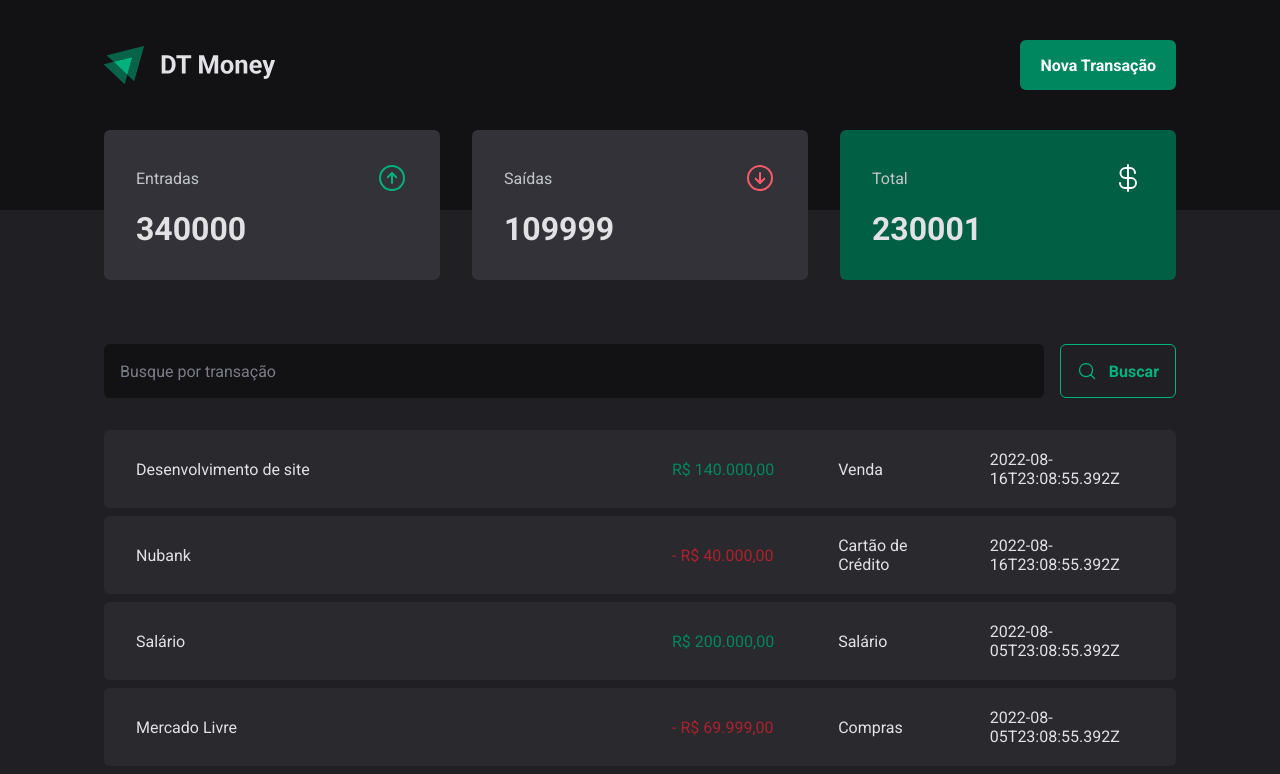
Repository: guilhermecardoso93/dtmoney-reactjs-ignite
Page: /
An editor plug-in stored every save of this project. The page is shown before and after the next save, followed by the edit.
The browser window is 1280 px wide. The pictures show the whole page.
The project was rebuilt for these pictures with package versions that can differ from the ones it lists, and the page was loaded fresh each time. Requests to the local data server were answered from the project's data file. Also part of the build but not shown: vite.config.ts.

Above is the page before, as saved 2022-08-16 21:15:34.

### index.html
<!DOCTYPE html>
<html lang="pt-BR">
  <head>
    <meta charset="UTF-8" />
    <link rel="icon" type="image/svg+xml" href="/vite.svg" />
    <link rel="preconnect" href="https://fonts.googleapis.com" />
    <link rel="preconnect" href="https://fonts.gstatic.com" crossorigin />
    <link
      href="https://fonts.googleapis.com/css2?family=Fredoka+One&family=Roboto:wght@300;400;500;700&display=swap"
      rel="stylesheet"
    />
    <meta name="viewport" content="width=device-width, initial-scale=1.0" />
    <title>Dt Money 2022</title>
  </head>
  <body>
    <div id="root"></div>
    <script type="module" src="/src/main.tsx"></script>
  </body>
</html>

### src/App.tsx
import { ThemeProvider } from "styled-components";
import { Header } from "./components/Header";
import { Summary } from "./components/Summary";
import { TransactionsProvider } from "./contexts/TransactionsContext";
import { Transactions } from "./pages/Transactions";
import { GlobalStyle } from "./styles/global";
import { defaultTheme } from "./styles/themes/default";

export function App() {
  return (
    <TransactionsProvider>
      <ThemeProvider theme={defaultTheme}>
        <GlobalStyle />
        <Header />
        <Summary />
        <Transactions />
      </ThemeProvider>
    </TransactionsProvider>
  );
}

### src/components/Header/index.tsx
import * as Dialog from "@radix-ui/react-dialog";

import { HeaderContainer, HeaderContent, NewTransactionButton } from "./styles";
import LogoImg from "../../assets/logo.svg";
import { NewTransactionModal } from "../NewTransactionModal";

export function Header() {
  return (
    <HeaderContainer>
      <HeaderContent>
        <img src={LogoImg} alt="" />

        <Dialog.Root>
          <Dialog.Trigger asChild>
            <NewTransactionButton>Nova Transação</NewTransactionButton>
          </Dialog.Trigger>
          <NewTransactionModal/>
        </Dialog.Root>
      </HeaderContent>
    </HeaderContainer>
  );
}

### src/components/Summary/index.tsx
import { ArrowCircleDown, ArrowCircleUp, CurrencyDollar } from "phosphor-react";
import { useContext } from "react";
import { TransactionsContext } from "../../contexts/TransactionsContext";
import { SummaryCard, SummaryContainer } from "./styles";

export function Summary() {
  const { transactions } = useContext(TransactionsContext);

  const summary = transactions.reduce(
    (acc, transaction) => {
      if (transaction.type === "income") {
        acc.income += transaction.price;
        acc.total += transaction.price;
      } else {
        acc.outcome += transaction.price;
        acc.total -= transaction.price;
      }
      return acc;
    },
    {
      income: 0,
      outcome: 0,
      total: 0,
    }
  );

  return (
    <SummaryContainer>
      <SummaryCard>
        <header>
          <span>Entradas</span>
          <ArrowCircleUp size={32} color="#00b37e" />
        </header>
        <strong>{summary.income}</strong>
      </SummaryCard>
      <SummaryCard>
        <header>
          <span>Saídas</span>
          <ArrowCircleDown size={32} color="#f75a68" />
        </header>
        <strong> {summary.outcome}</strong>
      </SummaryCard>
      <SummaryCard variant="green">
        <header>
          <span>Total</span>
          <CurrencyDollar size={32} color="#fff" />
        </header>
        <strong>{summary.total}</strong>
      </SummaryCard>
    </SummaryContainer>
  );
}

### src/contexts/TransactionsContext.tsx
import { Children, createContext, ReactNode, useEffect, useState } from "react";

interface Transaction {
  id: number;
  description: string;
  type: "income" | "outcome";
  price: number;
  category: string;
  createdAt: string;
}

interface TransactionContextType {
  transactions: Transaction[];
}

interface TransactionProviderProps {
  children: ReactNode;
}

export const TransactionsContext = createContext({} as TransactionContextType);

export function TransactionsProvider({ children }: TransactionProviderProps) {
  const [transactions, setTransactions] = useState<Transaction[]>([]);

  async function loadTransactions() {
    const response = await fetch("http://localhost:3000/transactions");
    const data = await response.json();
    console.log(data);

    setTransactions(data);
  }
  useEffect(() => {
    loadTransactions();
  }, []);

  return (
    <TransactionsContext.Provider value={{ transactions }}>
      {children}
    </TransactionsContext.Provider>
  );
}

### src/pages/Transactions/index.tsx
import { useContext } from "react";
import { TransactionsContext } from "../../contexts/TransactionsContext";
import { priceFormatter } from "../../utils/formatter";
import { SearchForm } from "./components/SearchForm";
import {
  PriceHighLight,
  TransactionContainer,
  TransactionTable,
} from "./styles";

interface Transaction {

}

export function Transactions() {
 const { transactions } = useContext(TransactionsContext)

    return (
      <>
        <TransactionContainer>
          <SearchForm />
          <TransactionTable>
            <tbody>
              {transactions.map((transaction) => {
                return (
                  <tr key={transaction.id}>
                    <td width="50%">{transaction.description}</td>
                    <td>
                      <PriceHighLight variant={transaction.type}>
                        {transaction.type === 'outcome' && "- "}
                        {priceFormatter.format(transaction.price)}
                      </PriceHighLight>
                    </td>
                    <td>{transaction.category}</td>
                    <td>{transaction.createdAt}</td>
                  </tr>
                );
              })}
            </tbody>
          </TransactionTable>
        </TransactionContainer>
      </>
    );
  }

### src/styles/global.ts
import { createGlobalStyle } from "styled-components";

export const GlobalStyle = createGlobalStyle`
* {
  margin: 0;
  padding: 0;
  box-sizing: border-box;
}

:focus {
  outline: 0;
  box-shadow:0 0 0 2ox ${(props) => props.theme["green-500"]} ;
}

body {
  background-color: ${(props) => props.theme["gray-800"]};
  color:${(props) => props.theme["gray-100"]}
}

body, input, text-area, button {
  font:400 1rem 'Roboto' ;
}
`;

### src/components/Header/styles.ts
import styled from "styled-components";
import * as Dialog from "@radix-ui/react-dialog";


export const HeaderContainer = styled.header`
background-color: ${(props) => props.theme["gray-900"]};
padding: 2.5rem 0 7.5rem;
`;

export const HeaderContent = styled.div`
  width: 100%;
  max-width: 1120px;
  margin: 0 auto;
  padding: 0 1.5rem;

  display: flex;
  justify-content: space-between;
  align-items: center;
`;

export const NewTransactionButton = styled.button`
  height: 50px;
  border: 0;
  background-color: ${(props) => props.theme["green-500"]};
  color:${(props) => props.theme.white};
  font-weight:bold;
  padding: 0 1.25rem;
  border-radius: 6px;
  cursor: pointer;
  transition: background-color 0.2s;

  &:hover {
    background-color: ${(props) => props.theme["green-700"]};
  }
`;

### src/components/NewTransactionModal/index.tsx
import * as Dialog from "@radix-ui/react-dialog";
import * as RadioGroup from '@radix-ui/react-radio-group';
import { ArrowCircleDown, ArrowCircleUp, X } from "phosphor-react";

import {
  Overlay,
  Content,
  Close,
  TransactionType,
  TransactionTypeButton,
} from "./styles";

export function NewTransactionModal() {
  return (
    <Dialog.Portal>
      <Overlay />

      <Content>
        <Dialog.Title>Nova Transação</Dialog.Title>
        <Close>
          <X />
        </Close>

        <form action="">
          <input type="text" placeholder="Descrição" required />
          <input type="number" placeholder="Preço" required />
          <input type="text" placeholder="Categoria" required />

          <TransactionType>
            <TransactionTypeButton variant="income" value='income'>
              Entrada
              <ArrowCircleUp size={20} />
            </TransactionTypeButton>
            <TransactionTypeButton variant="outcome" value='outcome'>
              Saída
              <ArrowCircleDown size={20} />
            </TransactionTypeButton>
          </TransactionType>

          <button type="submit">Cadastrar</button>
        </form>
      </Content>
    </Dialog.Portal>
  );
}

### src/components/Summary/styles.ts
import styled, { css } from "styled-components";

export const SummaryContainer = styled.section`
  width: 100%;
  max-width: 1120px;
  margin: 0 auto;
  padding: 0 1.5rem;

  display:grid;
  grid-template-columns:  repeat(3, 1fr);
  gap: 2rem;

  margin-top: -5rem;
  `;

interface SummaryCardProps {
  variant?: "green";
}

export const SummaryCard = styled.div<SummaryCardProps>`
  background-color: ${(props) => props.theme["gray-600"]};
  border-radius: 6px;
  padding: 2rem;

  header{
    display: flex;
    align-items: center;
    justify-content: space-between;
    color: ${(props) => props.theme["gray-300"]};
  }

  strong {
    display: block;
    font-size: 2rem;
    margin-top: 1rem;
  }

  ${(props) =>
  props.variant === "green" && css`
    background-color: ${(props) => props.theme["green-700"]};
  `}

`;

### src/pages/Transactions/components/SearchForm/index.tsx
import { MagnifyingGlass } from "phosphor-react";
import { SearchFormContainer } from "./styles";

export function SearchForm() {
  return (
    <SearchFormContainer>
      <input type="text" placeholder="Busque por transação" />
      <button type="submit">
        <MagnifyingGlass size={20} />
        Buscar
      </button>
    </SearchFormContainer>
  );
}

### src/pages/Transactions/styles.ts
import styled, { css } from "styled-components";

export const TransactionContainer = styled.main`
  width: 100%;
  max-width: 1120px;
  margin: 4rem auto 0;
  padding: 0 1.5rem;
  `;

export const TransactionTable = styled.table`
width: 100%;
border-collapse: separate;
border-spacing: 0 0.5rem;
margin-top: 1.5rem;

td {
  padding: 1.25rem 2rem;
  background-color: ${(props) => props.theme["gray-700"]};

  &:first-child {
    border-top-left-radius: 6px;
    border-bottom-left-radius: 6px;
  }

  &:last-child {
    border-top-right-radius: 6px;
    border-bottom-right-radius: 6px;
  }
}
`;

interface PriceHighLightProps {
  variant: "income" | "outcome";
}

export const PriceHighLight = styled.span<PriceHighLightProps>`
  color: ${(props) =>
  props.variant === "income"
    ? props.theme["green-500"]
    : props.theme["red-500"]};
`;

### src/components/NewTransactionModal/styles.ts
import styled from "styled-components";
import * as Dialog from "@radix-ui/react-dialog";
import * as RadioGroup from "@radix-ui/react-radio-group";

export const Overlay = styled(Dialog.Overlay)`
  position: fixed;
  width: 100vw;
  height: 100vh;
  inset: 0;
  background-color: rgba(0, 0, 0, 0.75);
`;

export const Content = styled(Dialog.Content)`
  min-width: 32rem;
  border-radius: 6px;
  padding: 2.5rem 3rem;
  background-color: ${(props) => props.theme["gray-800"]};

  position: fixed;
  top: 50%;
  left: 50%;
  transform: translate(-50%, -50%);

  form {
    margin-top: 2rem;
    display: flex;
    flex-direction: column;
    gap: 1rem;

    input {
      border-radius: 6px;
      border: 0;
      background-color: ${(props) => props.theme["gray-900"]};
      color: ${(props) => props.theme["gray-300"]};
      padding: 1rem;

      &::placeholder {
        color: ${(props) => props.theme["gray-500"]};
      }
    }

    button[type="submit"] {
      height: 58px;
      border: 0;
      background-color: ${(props) => props.theme["green-500"]};
      color: ${(props) => props.theme.white};
      font-weight: bold;
      padding: 0 1.25rem;
      border-radius: 6px;
      cursor: pointer;
      margin-top: 1.5rem;
      transition: background-color 0.2s;

      &:hover {
        background-color: ${(props) => props.theme["green-700"]};
      }
    }
  }
`;

export const Close = styled(Dialog.Close)`
  position: absolute;
  background: transparent;
  border: none;
  top: 1.5rem;
  right: 1.5rem;
  line-height: 0;
  cursor: pointer;
  color: ${(props) => props.theme["gray-500"]};
`;

export const TransactionType = styled(RadioGroup.Root)`
  display: grid;
  grid-template-columns: repeat(2, 1fr);
  gap: 1rem;
  margin-top: 0.5rem;
`;

interface TransactionTypeButtonProps {
  variant: "income" | "outcome";
}

export const TransactionTypeButton = styled(
  RadioGroup.Item,
)<TransactionTypeButtonProps>`
  background-color: ${(props) => props.theme["gray-700"]};
  padding: 1rem;
  display: flex;
  align-items: center;
  justify-content: center;
  gap: 0.5rem;
  border-radius: 6px;
  cursor: pointer;
  border: 0;
  color: ${(props) => props.theme["gray-300"]};

  svg {
    color: ${(props) =>
  props.variant === "income"
    ? props.theme["green-500"]
    : props.theme["red-500"]};
  }

  &[data-state="unchecked"]:hover {
    background: ${(props) => props.theme["gray-600"]};
  }

  &[data-state="checked"] {
    color: ${(props) => props.theme.white};
    background: ${(props) =>
  props.variant === "income"
    ? props.theme["green-500"]
    : props.theme["red-500"]};

    svg {
      color: ${(props) => props.theme.white};
    }
  }
`;

### src/pages/Transactions/components/SearchForm/styles.ts
import styled, { css } from "styled-components";

export const SearchFormContainer = styled.form`
  display: flex;
  gap: 1rem;

  input {
    flex: 1;
    border-radius: 6px;
    border: 0;
    color: ${(props) => props.theme["gray-300"]};
    background-color: ${(props) => props.theme["gray-900"]};
    padding: 1rem;

    &::placeholder {
      color: ${(props) => props.theme["gray-500"]};
    }
  }

  button {
    display: flex;
    align-items: center;
    gap: 0.75rem;

    border: 0;
    padding: 1rem;
    background: transparent;
    border: 1px solid ${(props) => props.theme["green-300"]};
    color: ${(props) => props.theme["green-300"]};
    font-weight: bold;
    border-radius: 6px;

    &:hover {
      background: ${(props) => props.theme["green-500"]};
      border: 1px solid ${(props) => props.theme["green-500"]};
      color: ${(props) => props.theme.white};
      transition: background-color 0.2s, color 0.2s, border-color 0.2s;
    }
  }
`;

### server.json
{
  "transactions": [{
      "id": 1,
      "description": "Desenvolvimento de site",
      "type": "income",
      "category": "Venda",
      "price": 140000,
      "createdAt": "2022-08-16T23:08:55.392Z"
    },
    {
      "id": 2,
      "description": "Nubank",
      "type": "outcome",
      "category": "Cartão de Crédito",
      "price": 40000,
      "createdAt": "2022-08-16T23:08:55.392Z"
    },
    {
      "id": 3,
      "description": "Salário",
      "type": "income",
      "category": "Salário",
      "price": 200000,
      "createdAt": "2022-08-05T23:08:55.392Z"
    },
    {
      "id": 4,
      "description": "Mercado Livre",
      "type": "outcome",
      "category": "Compras",
      "price": 69999,
      "createdAt": "2022-08-05T23:08:55.392Z"
    }

  ]
}

Loaded but not shown: src/main.tsx (common file); src/styles/themes/default.ts (common file); src/utils/formatter.ts (common file)

After the next save:
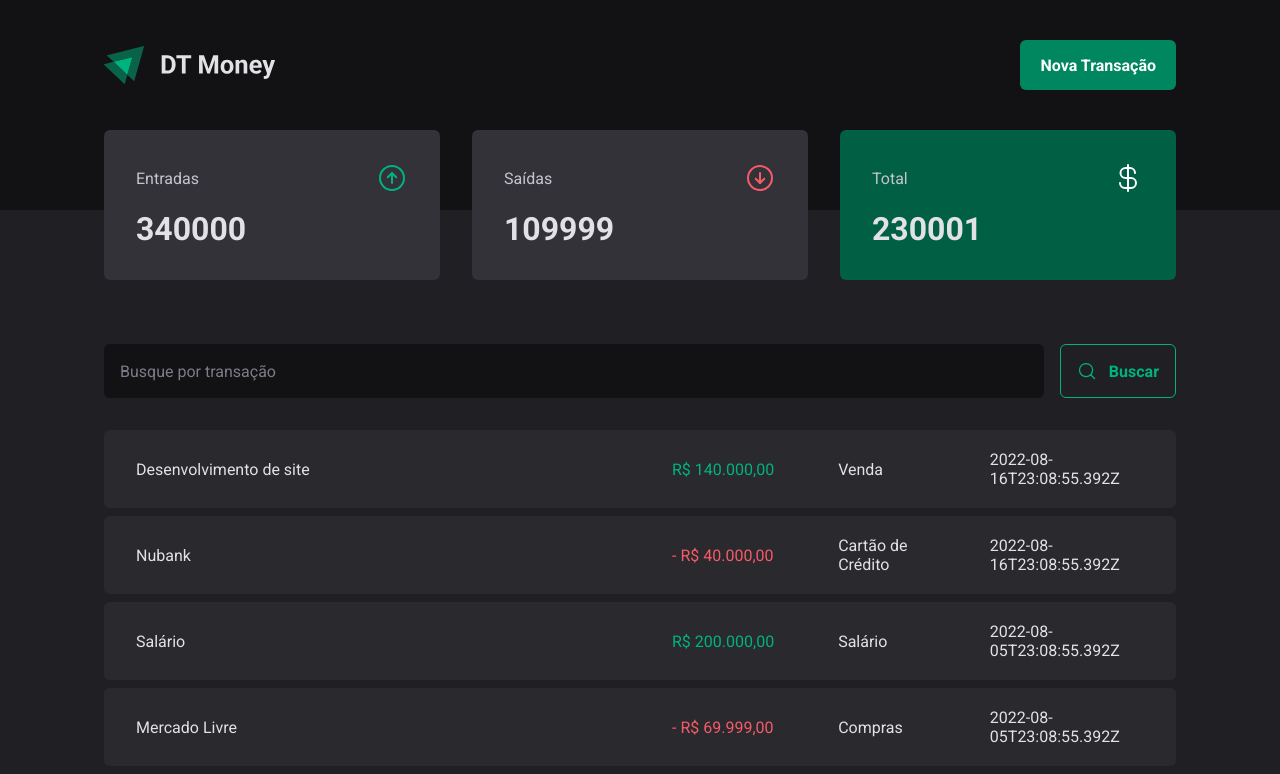
Saved 94 s later.
--- a/src/pages/Transactions/styles.ts
+++ b/src/pages/Transactions/styles.ts
@@ -36,6 +36,6 @@ interface PriceHighLightProps {
 export const PriceHighLight = styled.span<PriceHighLightProps>`
   color: ${(props) =>
   props.variant === "income"
-    ? props.theme["green-500"]
-    : props.theme["red-500"]};
+    ? props.theme["green-300"]
+    : props.theme["red-300"]};
 `;
